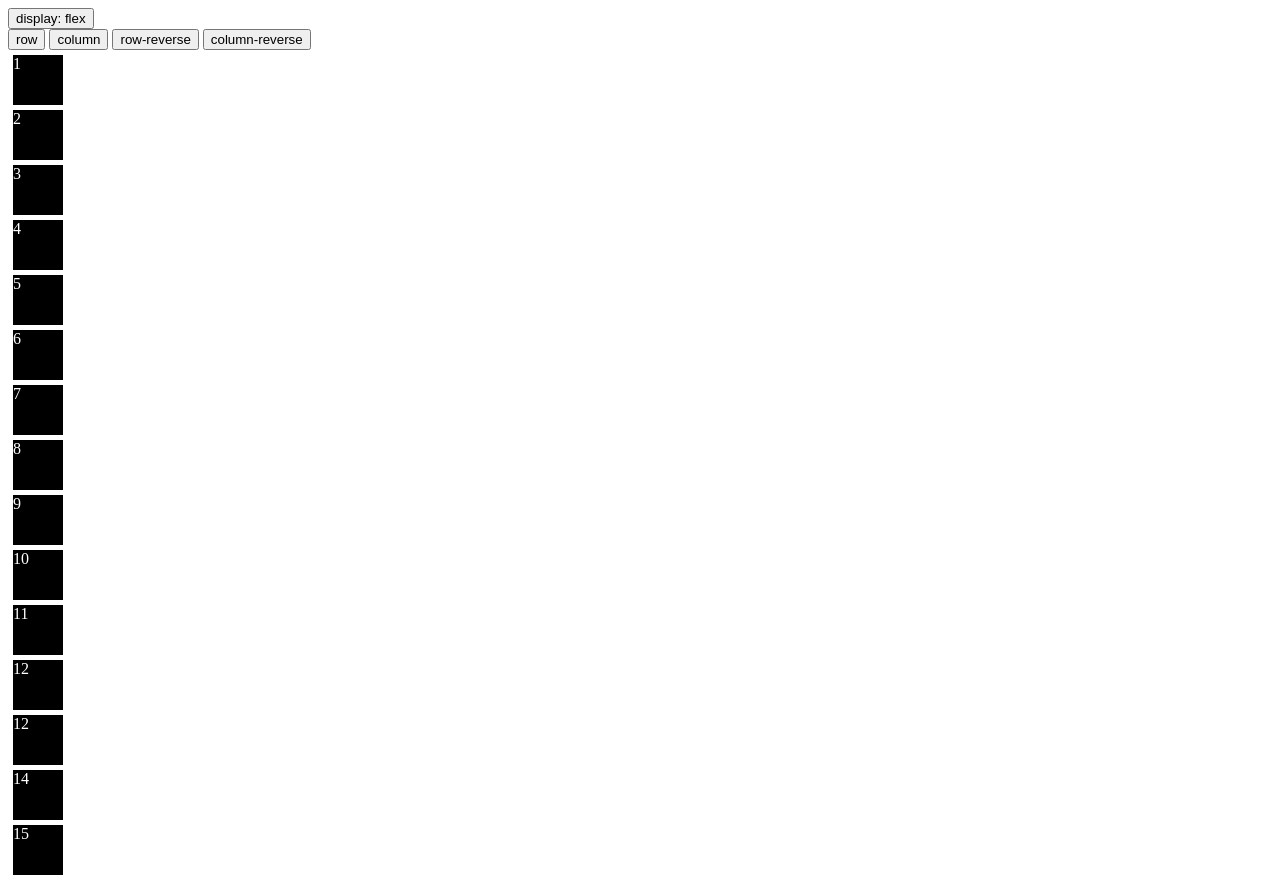
Repository: eeoooo/MINI-PROJECTS-HTML-CSS
Page: 220730-PracticeCSSFlex/index.html
These files come from the project's save history. The page is drawn as it stood at one moment and after the next save; the edit follows.
The browser window is 1280 px wide. The pictures show the whole page.

Above is the page before, as saved 2022-07-30 15:57:22.

### 220730-PracticeCSSFlex/index.html
<!DOCTYPE html>
<html lang="en">
<head>
    <meta charset="UTF-8">
    <meta http-equiv="X-UA-Compatible" content="IE=edge">
    <meta name="viewport" content="width=device-width, initial-scale=1.0">
    <link rel="stylesheet" href="style.css">
    <script defer src="main.js"></script>
    <title>Document</title>
</head>
<body>
    <div class="buttons">
        <button class="flex">display: flex</button>
        <div class="flex-directions">
            <button class="flex-direction-row">row</button>
            <button class="flex-direction-column">column</button>
            <button class="flex-direction-row-reverse">row-reverse</button>
            <button class="flex-direction-column-reverse">column-reverse</button>
        </div>
    </div>
    <div class="container">
        <div class="box">1</div>
        <div class="box">2</div>
        <div class="box">3</div>
        <div class="box">4</div>
        <div class="box">5</div>
        <div class="box">6</div>
        <div class="box">7</div>
        <div class="box">8</div>
        <div class="box">9</div>
        <div class="box">10</div>
        <div class="box">11</div>
        <div class="box">12</div>
        <div class="box">12</div>
        <div class="box">14</div>
        <div class="box">15</div>
    </div>
</body>
</html>

### 220730-PracticeCSSFlex/style.css
.container {
  //display: flex;
}
.box {
  width: 50px;
  height: 50px;
  background-color: black;
  color: white;
  margin: 5px;
}

### 220730-PracticeCSSFlex/main.js
let buttonFlex = document.querySelector('.flex');
let container = document.querySelector('.container');

buttonFlex.addEventListener('click',event=>{
    console.dir(container.style);
    if( container.style.display == 'flex'){
        container.style.display = '';
        buttonFlex.textContent = 'display: flex';
    } else if (container.style.display == ''){
    container.style.display = 'flex';
    buttonFlex.textContent = 'display: block';
    }
})

After the next save:
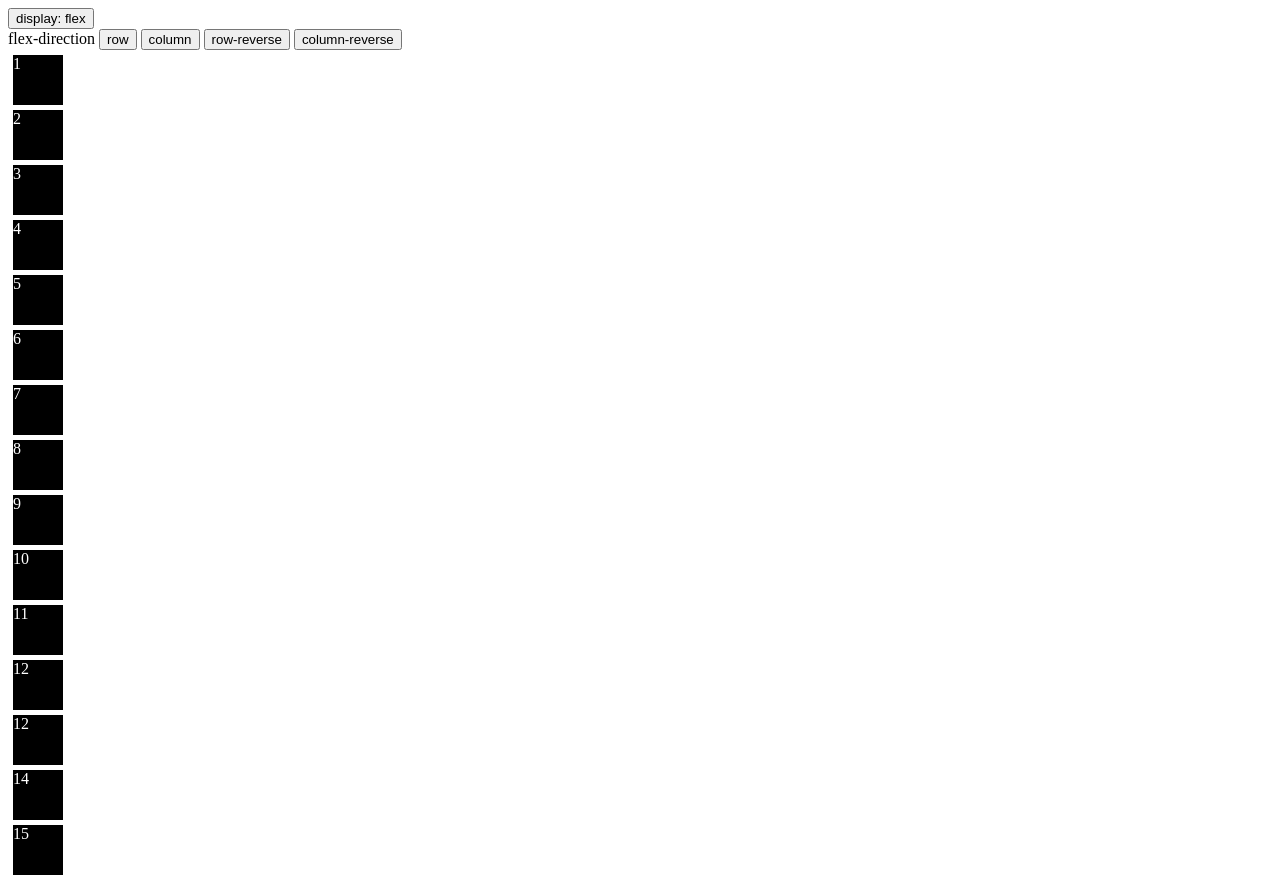
Saved 68 s later.
--- a/220730-PracticeCSSFlex/index.html
+++ b/220730-PracticeCSSFlex/index.html
@@ -12,6 +12,7 @@
     <div class="buttons">
         <button class="flex">display: flex</button>
         <div class="flex-directions">
+            <span class="flex-direction">flex-direction</span>
             <button class="flex-direction-row">row</button>
             <button class="flex-direction-column">column</button>
             <button class="flex-direction-row-reverse">row-reverse</button>
